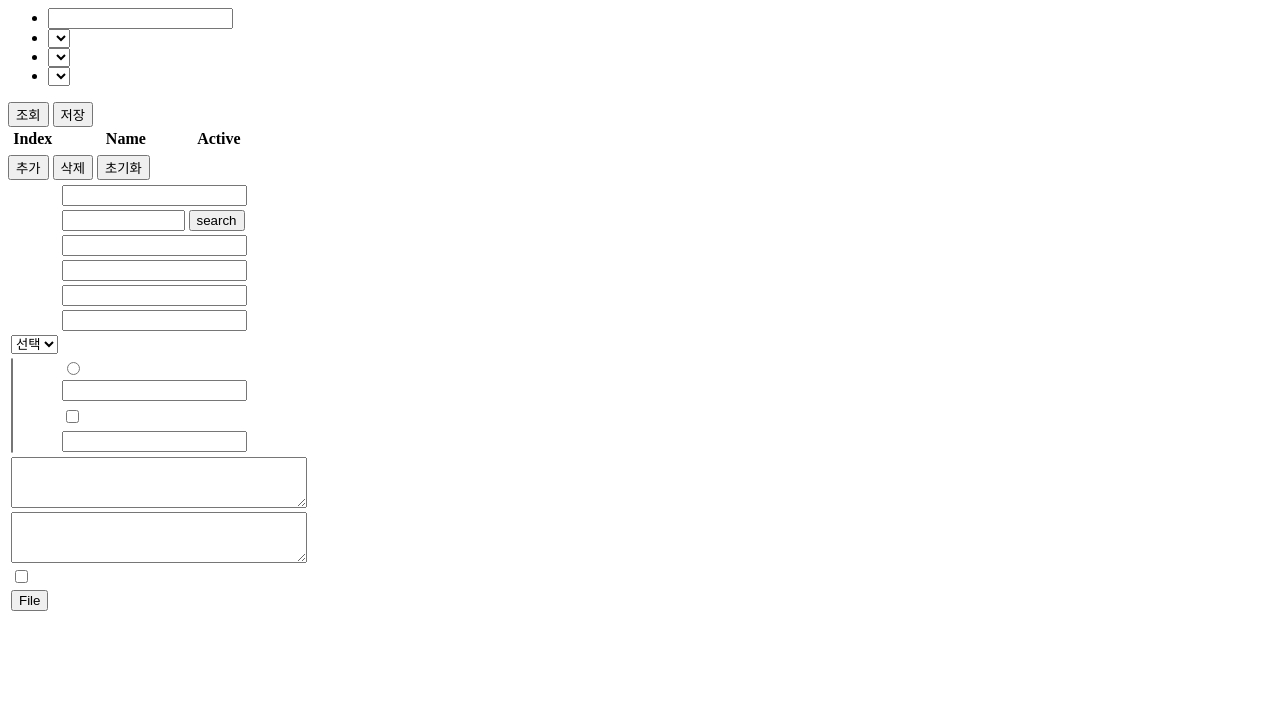
Repository: bbalganjjm/natural_js_boot
Page: src/main/resources/static/html/com/app/sample/type0401.html
An editor plug-in stored every save of this project. The page is shown before and after the next save, followed by the edit.
The browser window is 1280 px wide. The pictures show the whole page.

Above is the page before, as saved 2021-03-17 18:19:03.
Console error: ReferenceError: N is not defined

### src/main/resources/static/html/com/app/sample/type0401.html
<article class="type0401">
    <div id="search" class="form__">
        <div class="criteria-panel">
            <ul>
                <li><input id="name" type="text" class="mdc-text-field" data-type="filled" data-label="Name"></li>
                <li><select id="age" class="mdc-njs-select" data-label="Age"><option value=""></option></select></li>
                <li><select id="gender" class="mdc-njs-select" data-label="Gender"><option value=""></option></select></li>
                <li><select id="eyeColor" class="mdc-njs-select" data-label="Eye Color"><option value=""></option></select></li>
            </ul>
        </div>
    </div>

    <div class="flex-horizental">
        <div style="max-width: 33%;">
            <div class="btn-panel">
                <button id="btnSearch" class="btn-search mdc-button mdc-button--raised" data-icon="youtube_searched_for">조회</button>
                <button id="btnSave" class="mdc-button" data-icon="save_alt">저장</button>
            </div>
            <table id="master" class="grid__">
                <colgroup>
                    <col style="width: 20%;">
                    <col style="width: 60%;">
                    <col style="width: 20%;">
                </colgroup>
                <thead>
                    <tr>
                        <th>Index</th>
                        <th>Name</th>
                        <th>Active</th>
                    </tr>
                </thead>
                <tbody>
                    <tr>
                        <td id="index" style="text-align: center;"></td>
                        <td id="name"></td>
                        <td id="isActive" style="text-align: center;"></td>
                    </tr>
                </tbody>
            </table>
        </div>

        <div>
            <div class="btn-panel">
                <button id="btnAdd" class="mdc-button" data-icon="playlist_add">추가</button>
                <button id="btnDelete" class="mdc-button" data-icon="delete_sweep">삭제</button>
                <button id="btnRevert" class="mdc-button" data-icon="restart_alt">초기화</button>
            </div>
            <table id="detail" class="form__">
                <tr>
                    <td rowspan="7" style="text-align: center; vertical-align: middle;">
                        <img id="picture" height="110">
                    </td>
                </tr>
                <tr>
                    <td><input id="name" type="text" data-validate='[["required"]]'></td>
                </tr>
                <tr>
                    <td>
                        <input id="deptNm" type="text" data-validate='[["required"]]' style="width: 50%;" readonly="readonly">
                        <button id="btnDept" class="mdc-icon-button mdc-icon-button--mini">search</button>
                    </td>
                </tr>
                <tr>
                    <td><input id="email" type="text" data-validate='[["required"], ["email"]]'></td>
                </tr>
                <tr>
                    <td><input id="key" type="text" data-format='[["generic", "@@＊＊＊＊＊＊"]]' data-validate='[["required"]]'></td>
                </tr>
                <tr>
                    <td><input id="balance" type="text" data-format='[["numeric", "$#,###.##0"]]' data-validate='[["required"], ["number"]]'></td>
                </tr>
                <tr>
                    <td><input id="phone" type="text" data-validate='[["required"]]'></td>
                </tr>
                <tr>
                    <td><select id="eyeColor" data-validate='[["required"]]' class="mdc-njs-select" data-label="Eye Color"><option>선택</option></select></td>
                </tr>
                <tr>
                    <td rowspan="4"><select id="company" multiple="multiple" data-validate='[["required"]]' style="height: 95px;"></select></td>
                    <td><input id="gender" type="radio"></td>
                </tr>
                <tr>
                    <td><input id="age" type="text" data-validate='[["required"], ["integer"]]'></td>
                </tr>
                <tr>
                    <td><input id="favoriteFruit" type="checkbox" data-validate='[["required"]]'></td>
                </tr>
                <tr>
                    <td><input id="registered" type="text" data-format='[["date", 8, "date"]]' data-validate='[["required"]]'></td>
                </tr>
                <tr>
                    <td colspan="3"><textarea id="about" style="width: 100%;" rows="3" data-validate='[["required"]]' class="mdc-text-field" title="About"></textarea></td>
                </tr>
                <tr>
                    <td colspan="3"><textarea id="greeting" style="width: 100%;" rows="3" data-validate='[["required"]]' class="mdc-text-field" title="Greeting"></textarea></td>
                </tr>
                <tr>
                    <td colspan="3"><input id="isActive" type="checkbox"></td>
                </tr>
                <tr>
                    <td colspan="3"><button id="btnFile" class="mdc-button mdc-button--outlined" data-icon="file_present">File</button></td>
                </tr>
            </table>
        </div>
    </div>
</article>

<script type="text/javascript">
(function() {

    var cont = N(".type0401").cont({
        "p.select.gender" : [ "gender" ],
        "p.select.eyeColor" : [ "eyeColor" ],
        "p.select.company" : [ "company" ],
        "p.select.favoriteFruit" : [ "favoriteFruit" ],
        "p.select.age" : [ "c.getCommonCodeList", "age", "age", function(data) {
            return N(N.array.deduplicate(data, "age")).datasort("age");
        }],
        "p.form.search" : {
            "usage" : {
                "search-box" : {
                    "defaultButton" : ".btnSearch",
                    "events" : [{
                        "event" : "focusin",
                        "target" : "#name",
                        "handler" : function(e) {
                            N.log(e);
                        }
                    }]
                }
            }
        },
        "p.form.detail" : {
            revert : true,
            autoUnbind : true
        },
        "p.grid.master" : {
            height : 442,
            select : true,
            selectScroll : false,
            onSelect : function(index, rowEle, data, beforeRow, e) {
                // TODO 전처리

                APP.comm.utils.selectNBind.call(this, {
                    cont : cont,
                    form : "p.form.detail"
                });

                // 파일 요약 목록 생성
                if(data.length > 0) {
                    APP.comm.utils.getFileSummaryList(cont["p.form.detail"].val("fileId"), "fileName", 60, cont["e.btnFile.click"]);
                }

                // TODO 후처리
            },
            onBind : function(context, data, isFirstPage, isLastPage) {
                if(isFirstPage) {
                    this.select(0);
                }
            }
        },
        "p.popup.dept" : {
            url : "html/com/app/sample/type04P0.html",
            onOpen : "onOpen",
            onClose : function(onCloseData) {
                if (onCloseData) {
                    cont["p.form.detail"]
                    .val("deptNm", onCloseData.deptNm)
                    .val("deptCd", onCloseData.deptCd);
                }
            }
        },
        /**
         * 공통 파일 팝업.
         */
        "p.popup.file" : {
            onClose : function(onCloseData) {
                if(onCloseData) {
                    cont["p.form.detail"].val("fileId", onCloseData.fileId);

                	// 파일 요약 목록 생성
                    APP.comm.utils.createFileSummaryList(onCloseData.downloadList, "fileName", 60, cont["e.btnFile.click"]);
                }
            }
        },
        "c.getCommonCodeList" : function() {
            return N.comm("sample/getSampleList.json");
        },
        "c.getSampleList" : function() {
            return cont["p.form.search"].data(false).comm("sample/getSampleList.json");
        },
        "c.saveSample" : function() {
            return N(cont["p.grid.master"].data("modified")).comm({
                dataIsArray : true,dataIsArray : true, // Array 타입의 여러 행데이터가 1 개 일때는 자동으로 Object로 변환됩니다. 자동으로 변환되지 않게 하려면 dataIsArray 옵션을 true로 지정해 주세요.
                url : "sample/saveSample.json"
            });
        },
        "e.btnSearch.click" : function(e) {
            e.preventDefault();

            if (cont["p.form.search"].validate()) {
                cont["c.getSampleList"]().submit(function(data) {
                    // N.grid bind
                    cont["p.grid.master"].bind(data);
                });
            }
        },
        "e.btnDept.click" : function(e) {
            e.preventDefault();
            cont["p.popup.dept"].open(cont["p.form.detail"].data(true)[0]);
        },
        "e.btnSave.click" : function(e) {
            e.preventDefault();

            return APP.comm.utils.save.call(this, {
                cont : cont,
                comm : "c.saveSample",
                changed : "p.grid.master",
                validate : "p.form.detail",
                before : function() {
                    // TODO
                },
                after : function(data) {
                    cont["e.btnSearch.click"].click();
                }
            });
        },
        "e.btnAdd.click" : function(e) {
            e.preventDefault();

            if (cont["p.form.detail"].validate()) {
                cont["p.form.detail"].add();
            }
        },
        "e.btnDelete.click" : function(e) {
            e.preventDefault();

            cont["p.form.detail"].remove();
        },
        "e.btnRevert.click" : function(e) {
            e.preventDefault();

            if (cont["p.grid.master"].data("modified").length === 0) {
                N(window).alert(N.message.get(APP.comm.messages, "COMM-0001")).show();
                return false;
            }

            cont["p.form.detail"].revert();
        },
        "e.btnFile.click" : function(e) {
            e.preventDefault();

            cont["p.popup.file"].open(cont["p.form.detail"].val("fileId"));
        },
        init : function(view, request) {
			// cont.opener는 탭이 포함된 부모페이지의 Controller Object.
            if(cont.opener) {
                cont["p.form.search"].context().hide().prev("h3").hide().prev(".view-intro").hide();
				// 부모 페이지 컨트롤러의 검색 버튼 클릭
                cont.opener["e.btnSearch.click"].click();
            } else {
                cont["e.btnSearch.click"].click();
            }
        }
    });

})();
</script>

After the next save:
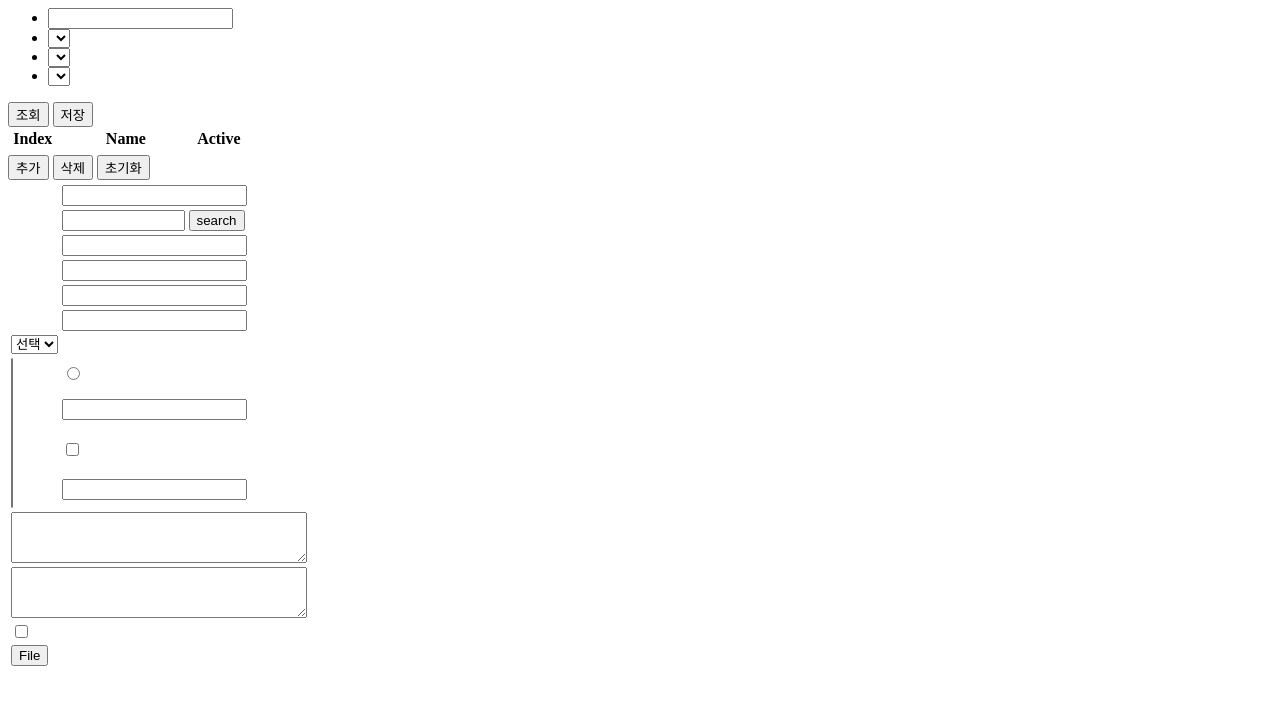
Saved 43 s later.
--- a/src/main/resources/static/html/com/app/sample/type0401.html
+++ b/src/main/resources/static/html/com/app/sample/type0401.html
@@ -76,7 +76,7 @@
                     <td><select id="eyeColor" data-validate='[["required"]]' class="mdc-njs-select" data-label="Eye Color"><option>선택</option></select></td>
                 </tr>
                 <tr>
-                    <td rowspan="4"><select id="company" multiple="multiple" data-validate='[["required"]]' style="height: 95px;"></select></td>
+                    <td rowspan="4"><select id="company" multiple="multiple" data-validate='[["required"]]' style="height: 150px;"></select></td>
                     <td><input id="gender" type="radio"></td>
                 </tr>
                 <tr>
